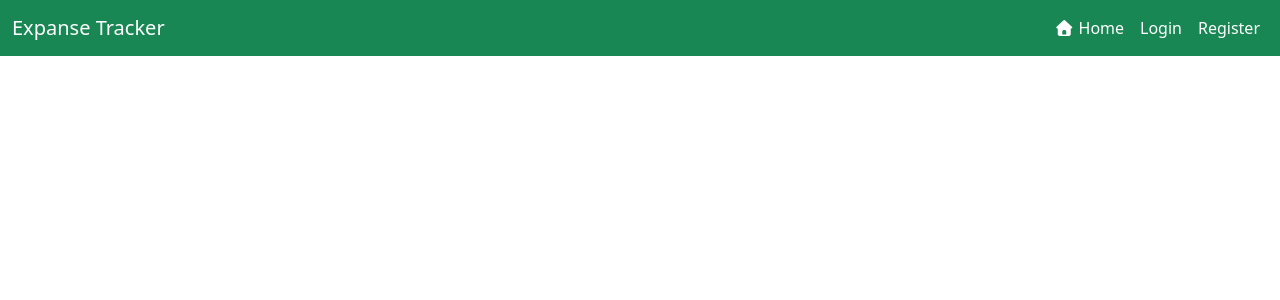
Repository: Hashim-Ansari-82/Java_Project
Page: http://localhost/Online_Expanse_Tracker/
An editor plug-in stored every save of this project. The page is shown before and after the next save, followed by the edit.
The browser window is 1280 px wide. The pictures show the whole page.
Some web libraries are served in a nearby version. The page is served by Tomcat 9. Other server files are loaded and not shown.

Above is the page before, as saved 2026-05-25 04:45:27.

### Online_Expanse_Tracker/src/main/webapp/index.jsp
<%@ page language="java" contentType="text/html; charset=UTF-8"
	pageEncoding="UTF-8"%>
<!DOCTYPE html>
<html>
<head>
<meta charset="UTF-8">
<title>Insert title here</title>
<link
	href="https://cdn.jsdelivr.net/npm/bootstrap@5.0.2/dist/css/bootstrap.min.css"
	rel="stylesheet"
	integrity="sha384-EVSTQN3/azprG1Anm3QDgpJLIm9Nao0Yz1ztcQTwFspd3yD65VohhpuuCOmLASjC"
	crossorigin="anonymous">

<link rel="stylesheet"
	href="https://cdnjs.cloudflare.com/ajax/libs/font-awesome/7.0.1/css/all.min.css"
	integrity="sha512-2SwdPD6INVrV/lHTZbO2nodKhrnDdJK9/kg2XD1r9uGqPo1cUbujc+IYdlYdEErWNu69gVcYgdxlmVmzTWnetw=="
	crossorigin="anonymous" referrerpolicy="no-referrer" />
</head>
<body>

	<nav class="navbar navbar-expand-lg navbar-dark bg-success">
		<div class="container-fluid">
			<a class="navbar-brand" href="#">Expanse Tracker</a>
			<button class="navbar-toggler" type="button"
				data-bs-toggle="collapse" data-bs-target="#navbarSupportedContent"
				aria-controls="navbarSupportedContent" aria-expanded="false"
				aria-label="Toggle navigation">
				<span class="navbar-toggler-icon"></span>
			</button>
			<div class="collapse navbar-collapse" id="navbarSupportedContent">
				<ul class="navbar-nav ms-auto mb-2 mb-lg-0">
					<li class="nav-item"><a class="nav-link active"
						aria-current="page" href="#"><i class="fa-solid fa-house"></i> Home</a></li>
					<li class="nav-item"><a class="nav-link active" href="#">Login</a></li>
					<li class="nav-item"><a class="nav-link active" href="#">Register</a></li>
				</ul>
				<!-- <form class="d-flex">
					<input class="form-control me-2" type="search" placeholder="Search"
						aria-label="Search">
					<button class="btn btn-outline-success" type="submit">Search</button>
				</form> -->
			</div>
		</div>
	</nav>

	<script
		src="https://cdn.jsdelivr.net/npm/bootstrap@5.0.2/dist/js/bootstrap.bundle.min.js"
		integrity="sha384-MrcW6ZMFYlzcLA8Nl+NtUVF0sA7MsXsP1UyJoMp4YLEuNSfAP+JcXn/tWtIaxVXM"
		crossorigin="anonymous">

	</script>
</body>
</html>

After the next save:
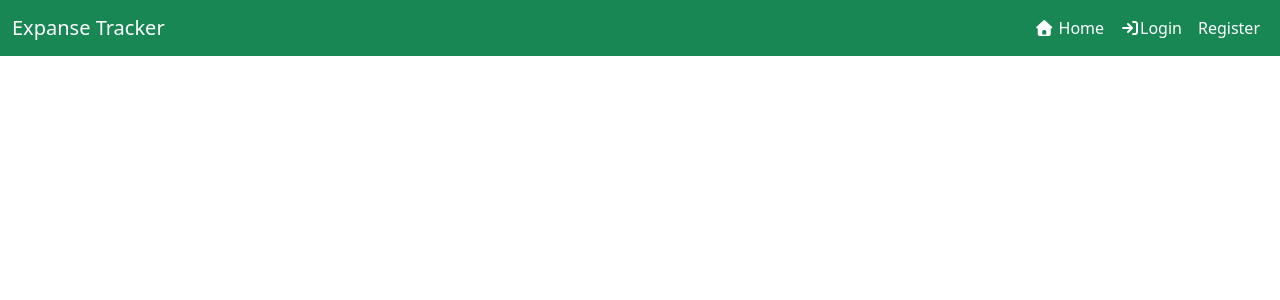
Saved 95 s later.
--- a/Online_Expanse_Tracker/src/main/webapp/index.jsp
+++ b/Online_Expanse_Tracker/src/main/webapp/index.jsp
@@ -31,7 +31,8 @@
 				<ul class="navbar-nav ms-auto mb-2 mb-lg-0">
 					<li class="nav-item"><a class="nav-link active"
 						aria-current="page" href="#"><i class="fa-solid fa-house"></i> Home</a></li>
-					<li class="nav-item"><a class="nav-link active" href="#">Login</a></li>
+					<li class="nav-item"><a class="nav-link active" href="#">
+					<i class="fa-solid fa-arrow-right-to-bracket"></i>Login</a></li>
 					<li class="nav-item"><a class="nav-link active" href="#">Register</a></li>
 				</ul>
 				<!-- <form class="d-flex">
